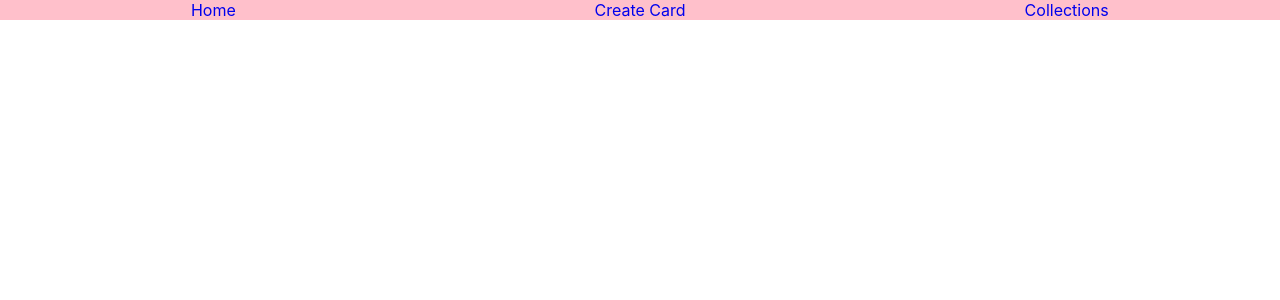
Repository: MikeTroianello/phos-react
Page: /
The author's editor kept a copy of each file at every save. The page is drawn from the files as they stood at one save, then again after the next save.
The browser window is 1280 px wide. The pictures show the whole page.
The project was rebuilt for these pictures with package versions that can differ from the ones it lists, and the page was loaded fresh each time. A package was used in the major version that the imports need, not the one package.json lists. Also part of the build but not shown: src/App.css, src/components/card/Card.js.

Above is the page before, as saved 2020-06-02 16:36:56.

After the next save:
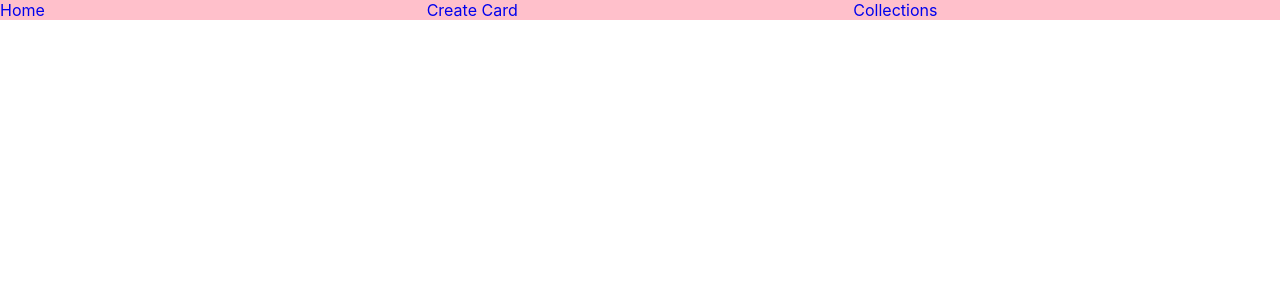
Saved 13 s later.
--- a/src/components/navbar/navbar.css
+++ b/src/components/navbar/navbar.css
@@ -6,8 +6,8 @@
 
 .navbar-container > div {
   width: 40%;
-  display: flex;
-  justify-content: space-around;
+  /* display: flex;
+  justify-content: space-around; */
   background-color: pink;
 }
 
